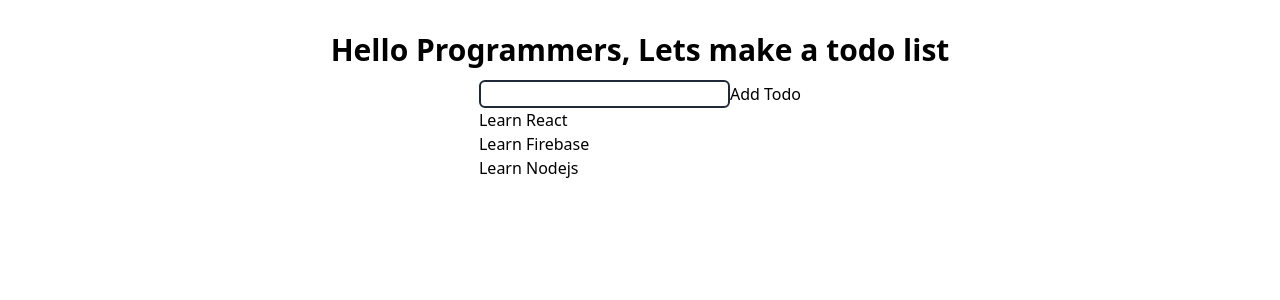
Repository: Shamraiz761/todo_list
Page: /
These files come from the project's save history. The page is drawn as it stood at one moment and after a run of saves; the edit follows.
The browser window is 1280 px wide. The pictures show the whole page.
The project was rebuilt for these pictures with package versions that can differ from the ones it lists, and the page was loaded fresh each time. Also part of the build but not shown: vite.config.js.

Above is the page before, as saved 2024-01-11 22:36:52.

After the next 3 saves:
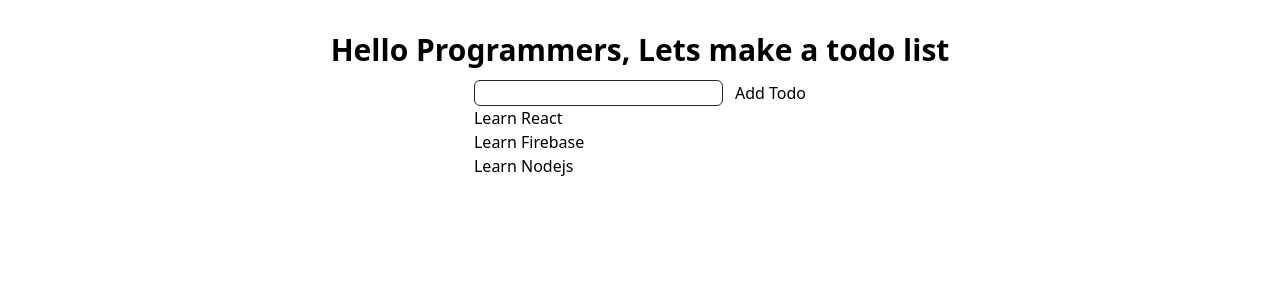
The 3 saves are shown as one change because they came seconds apart.
The last was saved 13 s later.
--- a/src/App.jsx
+++ b/src/App.jsx
@@ -24,7 +24,7 @@ function App() {
             <input
               type="text"
               value={input}
-              className="border-2 border-gray-800  px-2 rounded-md"
+              className="border border-gray-800 mr-3  px-2 rounded-md"
               onChange={(e) => {
                 setInput(e.target.value);
               }}
